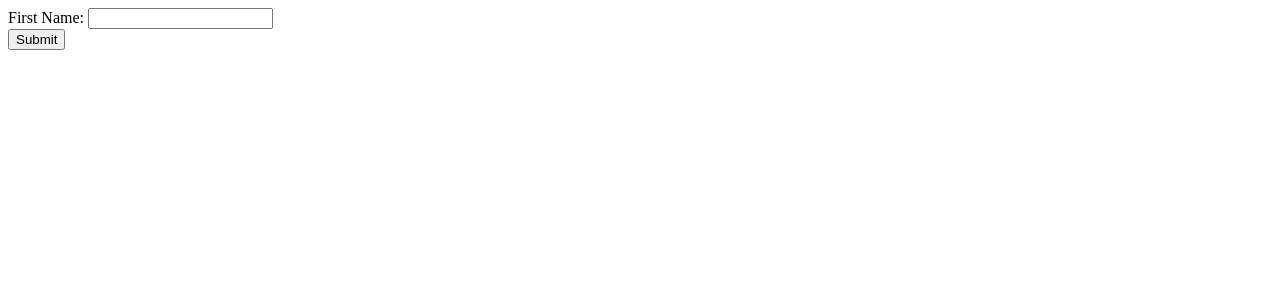
Repository: Paulukr/OakRidge
Page: Library/src/main/webapp/SimplePostForm.html
An editor plug-in stored every save of this project. The page is shown before and after the next save, followed by the edit.
The browser window is 1280 px wide. The pictures show the whole page.

Above is the page before, as saved 2017-02-01 14:02:26.

### Library/src/main/webapp/SimplePostForm.html
<!DOCTYPE html>
<html>
<head>
<meta charset="UTF-8">
<title>Insert title here</title>
</head>
<body>
	<form action="/Library/map/librarian/volume/add" method="POST">
		First Name: <input type="text" name="first_name"> <br />
		<input type="submit"
			value="Submit" />
	</form>
</body>
</html>

After the next save:
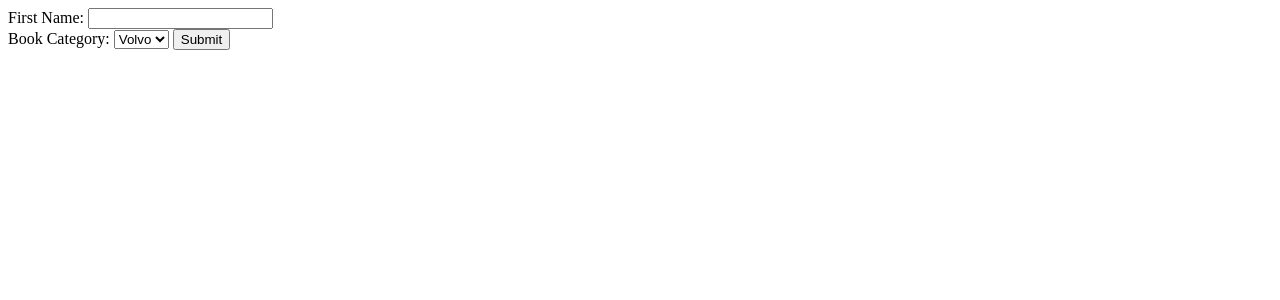
Saved 3 min 52 s later.
--- a/Library/src/main/webapp/SimplePostForm.html
+++ b/Library/src/main/webapp/SimplePostForm.html
@@ -7,6 +7,12 @@
 <body>
 	<form action="/Library/map/librarian/volume/add" method="POST">
 		First Name: <input type="text" name="first_name"> <br />
+		Book Category: <select name="${ViewConstants.TITLE_TYPE}">
+			<option value="volvo">Volvo</option>
+			<option value="saab">Saab</option>
+			<option value="fiat">Fiat</option>
+			<option value="audi">Audi</option>
+			</select>
 		<input type="submit"
 			value="Submit" />
 	</form>
